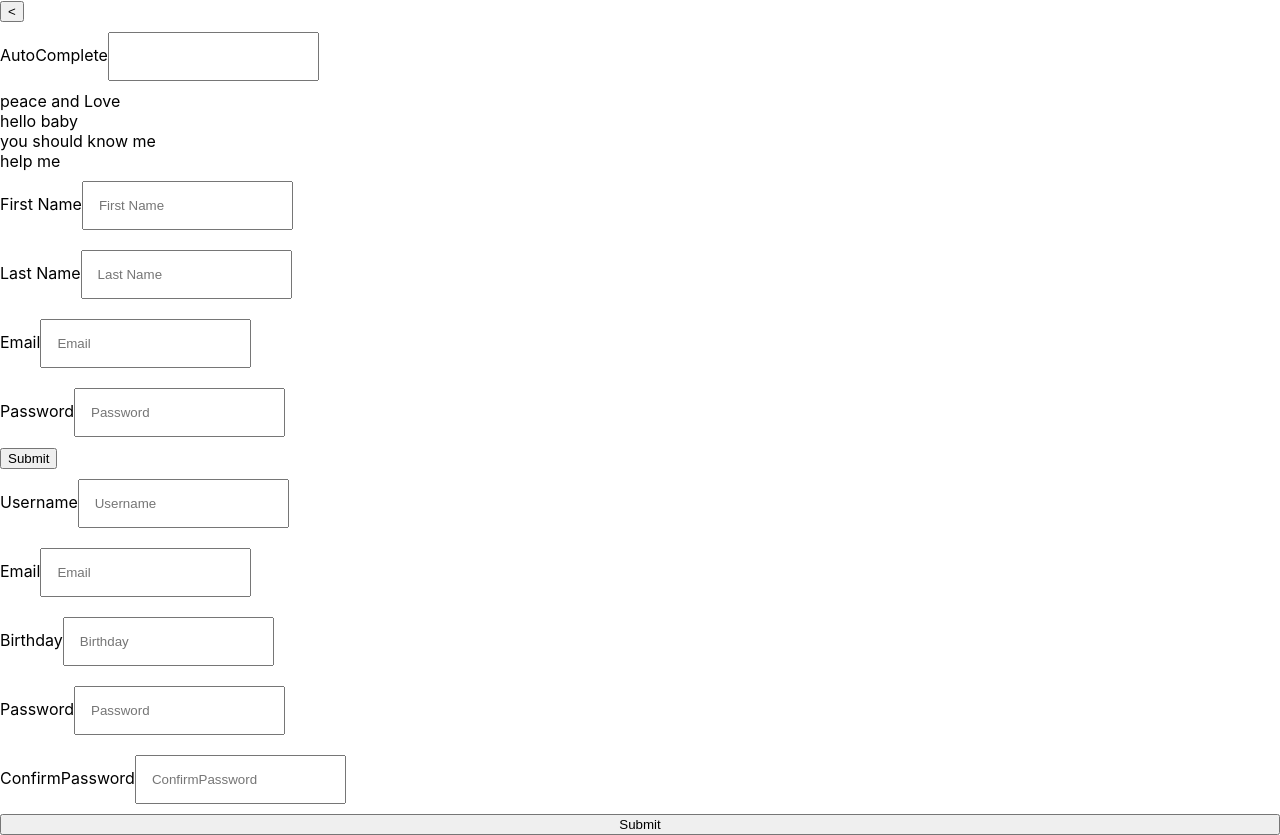
Repository: Jimmy-Lu-iK/Demo-UI
Page: /
These files come from the project's save history. The page is drawn as it stood at one moment and after the next save; the edit follows.
The browser window is 1280 px wide. The pictures show the whole page.
The project was rebuilt for these pictures with package versions that can differ from the ones it lists, and the page was loaded fresh each time. Also part of the build but not shown: src/App.css, src/components/Option.js, src/Js/ArrayBuiltIn.js, src/Js/Word.js.

Above is the page before, as saved 2023-02-12 20:08:08.

### src/App.js
import './App.css';
import AutoComplete from './components/AutoComplete';
import Dropdown from './components/Dorpdown';
import Form from './components/Form';
import FormValidate from './components/FormValidate';
import ArrayBuiltIn from './Js/ArrayBuiltIn';
import Word from './Js/Word';

const App = () => {
  return <div className='app'>
    <Dropdown />
    <AutoComplete />
    <FormValidate />
    <Form />
    {/* <ArrayBuiltIn /> */}
    {/* <Word sentence="hello my name hello is Jinming I want to make friend with you let us to be good friends forever"/> */}
  </div>
};


export default App;

### src/components/AutoComplete.js
import { useState } from "react"

function AutoComplete() {
  const [value, setValue] = useState('')

  const filmList = ['peace and Love',' hello baby', 'you should know me', 'help me']

  const handleChange = (e) => {
    setValue(e.target.value)
  }

  const handleClick = (film) => {
    setValue(film)
  }

  const filteredFilms = filmList.filter((film) => {
    return film.toLowerCase().includes(value.toLowerCase())
  })

  const content= filteredFilms.map((film,index) => {
    return <div key={index} onClick={()=>handleClick(film)}>{film}</div>
  })


  return <div>
    AutoComplete
    <input value={value} onChange={handleChange} />
    <div>
      {content}
    </div>
  </div>
}

export default AutoComplete

### src/components/Dorpdown.js
import { useState } from "react"
import Option from "./Option"

function Dropdown() {
  const [options, setOptions] = useState(['item1','item2'])
  const [select, setSelect] = useState('')
  const [open, setOpen] = useState(false)
  const [add, setAdd] = useState(false)
  const [value, setValue] = useState('')

  const handleChoose = (option) => {
    setSelect(option)
    setOpen(false)
  }

  const handleAdd = (event) => {
    console.log(event)
    setAdd(true)
  }

  const handleChange = (e) => {
    setValue(e.target.value)
  }

  const hanldeSubmit = (e) => {
    e.preventDefault();
    setOptions([...options, value])
    setAdd(false)
  }

  const hanldeOpen = () => {
    setOpen(!open)
  }

  const hanldeEdit = (option,index,newValue) => {
    let newOptions = [...options]

    if(newValue) {
      newOptions[index] = newValue
      setOptions(newOptions)
    } else {
      let newNewOption = newOptions.slice(0,index).concat(newOptions.slice(index+1,newOptions.length-1))
      setOptions(newNewOption)
    }
  }

  const displayContent = <div>{select} <button onClick={hanldeOpen}>{'<'}</button></div>

  const optionsContent = options.map((option,index) => {
    return <Option
            option={option}
            index={index}
            key={option}
            handleChoose={handleChoose}
            handleEdit={hanldeEdit}
          />
  })

  const addContent = add
    ? <form onSubmit={hanldeSubmit}><label>New</label><input value={value} onChange={handleChange}></input><button>Add</button></form>
    : <li onClick={handleAdd}>Add</li>

  return <div>
    {displayContent}
    {open && optionsContent}
    {open && addContent}
  </div>
}

export default Dropdown

### src/components/Form.js
import { useState } from "react";
import FormInput from "./FormInput";

function Form() {
  // const [username, setUsername] = useState('')
  // const [email, setEmail] = useState('')
  // const [fullname, setFullname] = useState('')

  const [values, setValues] = useState({
    username: "",
    email: '',
    birthday: '',
    password: '',
    confirmPassword: '',
  });

  const inputs = [
    {
      id:1,
      name:'username',
      type:"text",
      placeholder: 'Username',
      label: 'Username'
    },
    {
      id:2,
      name:'email',
      type:"text",
      placeholder: 'Email',
      label: 'Email'
    },
    {
      id:3,
      name:'birthday',
      type:"text",
      placeholder: 'Birthday',
      label: 'Birthday'
    },
    {
      id:4,
      name:'password',
      type:"text",
      placeholder: 'Password',
      label: 'Password'
    },
    {
      id:5,
      name:'confirmPassword',
      type:"text",
      placeholder: 'ConfirmPassword',
      label: 'ConfirmPassword'
    },
  ]

  const handleSubmit = (e) => {
    e.preventDefault();

  }

  const handleChange = (e) => {
    setValues({...values, [e.target.name]: e.target.value})
  }

  return <div>
    <form className='input-form' onSubmit={handleSubmit}>
      {inputs.map((input) => {
        return <FormInput key={input.id} {...input} value={values[input.name]} onChange={handleChange} />
      })}
      <button>Submit</button>
    </form>
  </div>
}

export default Form;

### src/components/FormValidate.js
import { useState } from "react"
import validator from 'validator';

function FormValidate() {
  const [firstName, setFirstName] = useState('')
  const [lastName, setLastNamee] = useState('')
  const [email, setEmail] = useState('')
  const [password, setPassword] = useState('')

  const handleSubmit = (e) => {
    e.preventDefault();

    const validation = validator.isEmail(email)
    if(validation) {
      alert('success!')
    } else {
      alert('fail!')
    }
  }

  const handleFN = (e) => {
    setFirstName(e.target.value)
  }

  const handleLN = (e) => {
    setLastNamee(e.target.value)
  }

  const handleEmail = (e) => {
    setEmail(e.target.value)
  }

  const handlePassword = (e) => {
    setPassword(e.target.value)
  }

  return (
    <div>
      <form style={{display: 'flex-column'}} onSubmit={handleSubmit}>
        <div>
          <label>First Name</label>
          <input placeholder='First Name' type="text" value={firstName} onChange={handleFN} />
        </div>
        <div>
          <label>Last Name</label>
          <input placeholder='Last Name' type="text" value={lastName} onChange={handleLN} />
        </div>
        <div>
          <label>Email</label>
          <input placeholder='Email' type="text" value={email} onChange={handleEmail} />
        </div>
        <div>
          <label>Password</label>
          <input placeholder='Password' type="text" value={password} onChange={handlePassword} />
        </div>
        <button type='submit'>Submit</button>
      </form>
    </div>
  )
}

export default FormValidate

### src/components/FormInput.js
import './FormInput.css'

function FormInput(props) {
  const { label, onChange, id, ...inputProps } = props

  return <div className="formInput">
    <label>{label}</label>
    <input
      {...inputProps}
      onChange={onChange}
    />
  </div>
}

export default FormInput

### src/components/FormInput.css
.input-form {
  display: flex;
  flex-direction: column;
}

input {
  padding: 15px;
  margin: 10px 0;
}

Loaded but not shown: public/index.html (common file); src/index.js (common file); src/index.css (common file)

After the next save:
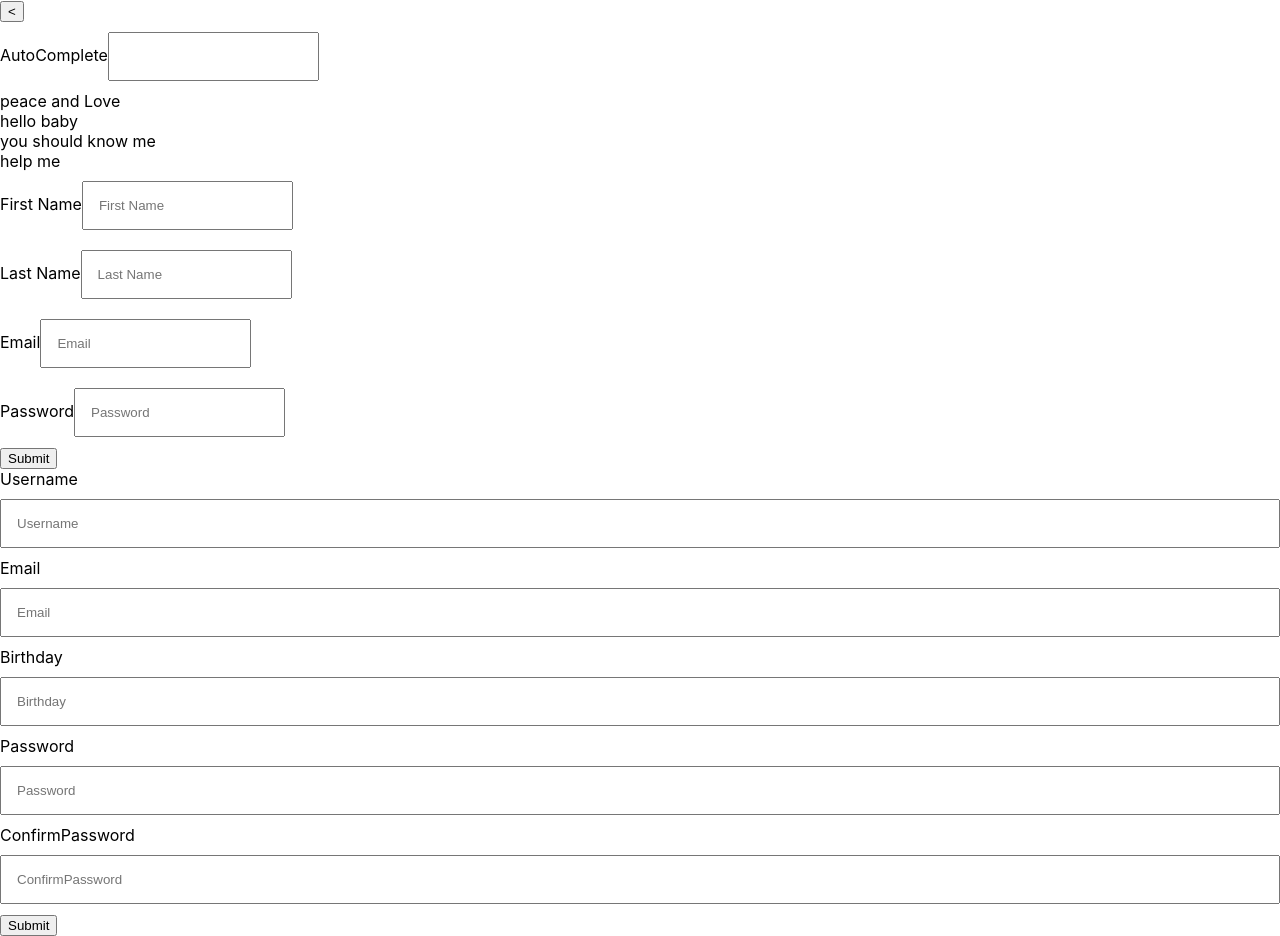
Saved 21 s later.
--- a/src/components/FormInput.css
+++ b/src/components/FormInput.css
@@ -1,4 +1,4 @@
-.input-form {
+.formInput {
   display: flex;
   flex-direction: column;
 }
